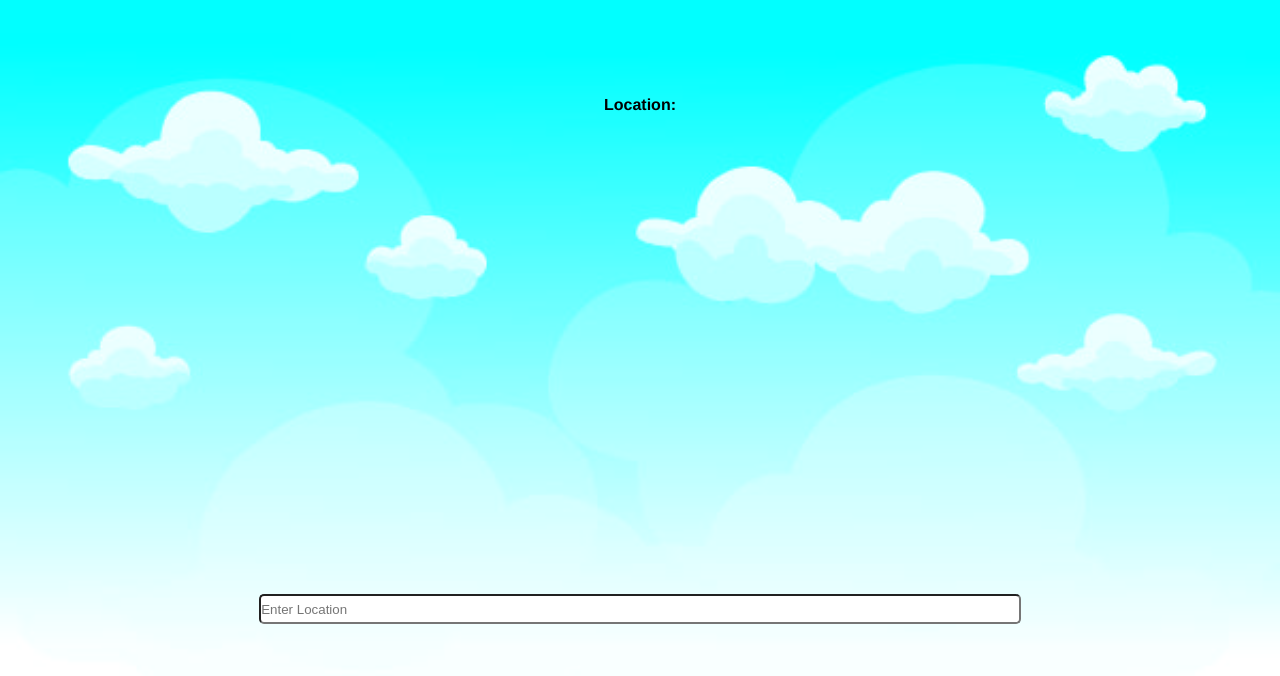
Repository: shaelorch/weather
Page: /
The author's editor kept a copy of each file at every save. The page is drawn from the files as they stood at one save, then again after the next save.
The browser window is 1280 px wide. The pictures show the whole page.
The project was rebuilt for these pictures with package versions that can differ from the ones it lists, and the page was loaded fresh each time. The framework's server and built-in components were replaced by stand-ins that run in the browser. Also part of the build but not shown: next.config.js.

Above is the page before, as saved 2023-01-17 12:28:57.

### pages/index.js
import Head from 'next/head'
import Image from 'next/image'
import { Inter } from '@next/font/google'
import styles from '@/styles/Home.module.css'
import axios from 'axios'
import { useState } from 'react';

const inter = Inter({ subsets: ['latin'] })



export default function Home() {
  const [location, setLocation] = useState('');
  const [data, setData] = useState({});
  const [weather, setWeather] = useState();
  const [errorMessage, setErrorMessage] = useState("");

  var apiKey = "5bb65e5dcdd88d96c09dd61a44557240";
  var lang = "fr";
  var units = "metric";
  const url = `https://api.openweathermap.org/data/2.5/weather?q=${location}&units=${units}&appid=${apiKey}&lang=${lang}`

  const searchLocation = (event) => {
    if(event.key === "Enter") {
      axios.get(url)
      .then((response) => {
        console.clear();
        setData(response.data);
        console.log(response.data);
        setWeather(response.data.weather);
        setErrorMessage("");
      }).catch(err => {
        console.log(err);
        setErrorMessage("Please enter another location");
        setData({});
        setWeather()
      })
      setLocation('')
  }}

  return <main className={styles.main}>


    <div className={styles.text}>
      <p>Location:</p>
      {data.name}
    </div>

    <input
    className={styles.input}
    value={location}
    onChange={event => setLocation(event.target.value)}
    placeholder="Enter Location"
    onKeyDown={searchLocation}
    type="text"

    />

    {
      weather && weather.map((w, index)=> {
        return(
          <div className={styles.text} key={index}>
            <div>{w.description}</div>
            <div>{w.main}</div>
            {data.main.temp} &deg;C
            <p>Feels Like:</p>
            {data.main.feels_like} &deg;C
            {data.wind.speed}
            </div>










        )
      })
    }

  </main>



}

### styles/Home.module.css
.main {
  display: flex;
  flex-direction: column;
  justify-content: space-between;
  align-items: center;
  padding: 6rem;
  min-height: 100vh;
  background-image: url("/clouds.jpg");
  background-repeat: no-repeat;
  background-size: cover;
}

.text {
  font-family: 'Franklin Gothic Medium', 'Arial Narrow', Arial, sans-serif;
  font-weight: bold;
  color:black;
}

.input {
  border-radius:5px;
  background-color: white;
  height:30px;
  width:70%;
}


.description {
  display: inherit;
  justify-content: inherit;
  align-items: inherit;
  font-size: 0.85rem;
  max-width: var(--max-width);
  width: 100%;
  z-index: 2;
  font-family: var(--font-mono);
}

.description a {
  display: flex;
  justify-content: center;
  align-items: center;
  gap: 0.5rem;
}

.description p {
  position: relative;
  margin: 0;
  padding: 1rem;
  background-color: rgba(var(--callout-rgb), 0.5);
  border: 1px solid rgba(var(--callout-border-rgb), 0.3);
  border-radius: var(--border-radius);
}

.code {
  font-weight: 700;
  font-family: var(--font-mono);
}

.grid {
  display: grid;
  grid-template-columns: repeat(4, minmax(25%, auto));
  width: var(--max-width);
  max-width: 100%;
}

.card {
  padding: 1rem 1.2rem;
  border-radius: var(--border-radius);
  background: rgba(var(--card-rgb), 0);
  border: 1px solid rgba(var(--card-border-rgb), 0);
  transition: background 200ms, border 200ms;
}

.card span {
  display: inline-block;
  transition: transform 200ms;
}

.card h2 {
  font-weight: 600;
  margin-bottom: 0.7rem;
}

.card p {
  margin: 0;
  opacity: 0.6;
  font-size: 0.9rem;
  line-height: 1.5;
  max-width: 30ch;
}

.center {
  display: flex;
  justify-content: center;
  align-items: center;
  position: relative;
  padding: 4rem 0;
}

.center::before {
  background: var(--secondary-glow);
  border-radius: 50%;
  width: 480px;
  height: 360px;
  margin-left: -400px;
}

.center::after {
  background: var(--primary-glow);
  width: 240px;
  height: 180px;
  z-index: -1;
}

.center::before,
.center::after {
  content: '';
  left: 50%;
  position: absolute;
  filter: blur(45px);
  transform: translateZ(0);
}

.logo,
.thirteen {
  position: relative;
}

.thirteen {
  display: flex;
  justify-content: center;
  align-items: center;
  width: 75px;
  height: 75px;
  padding: 25px 10px;
  margin-left: 16px;
  transform: translateZ(0);
  border-radius: var(--border-radius);
  overflow: hidden;
  box-shadow: 0px 2px 8px -1px #0000001a;
}

.thirteen::before,
.thirteen::after {
  content: '';
  position: absolute;
  z-index: -1;
}

/* Conic Gradient Animation */
.thirteen::before {
  animation: 6s rotate linear infinite;
  width: 200%;
  height: 200%;
  background: var(--tile-border);
}

/* Inner Square */
.thirteen::after {
  inset: 0;
  padding: 1px;
  border-radius: var(--border-radius);
  background: linear-gradient(
    to bottom right,
    rgba(var(--tile-start-rgb), 1),
    rgba(var(--tile-end-rgb), 1)
  );
  background-clip: content-box;
}

/* Enable hover only on non-touch devices */
@media (hover: hover) and (pointer: fine) {
  .card:hover {
    background: rgba(var(--card-rgb), 0.1);
    border: 1px solid rgba(var(--card-border-rgb), 0.15);
  }

  .card:hover span {
    transform: translateX(4px);
  }
}

@media (prefers-reduced-motion) {
  .thirteen::before {
    animation: none;
  }

  .card:hover span {
    transform: none;
  }
}

/* Mobile */
@media (max-width: 700px) {
  .content {
    padding: 4rem;
  }

  .grid {
    grid-template-columns: 1fr;
    margin-bottom: 120px;
    max-width: 320px;
    text-align: center;
  }

  .card {
    padding: 1rem 2.5rem;
  }

  .card h2 {
    margin-bottom: 0.5rem;
  }

  .center {
    padding: 8rem 0 6rem;
  }

  .center::before {
    transform: none;
    height: 300px;
  }

  .description {
    font-size: 0.8rem;
  }

  .description a {
    padding: 1rem;
  }

  .description p,
  .description div {
    display: flex;
    justify-content: center;
    position: fixed;
    width: 100%;
  }

  .description p {
    align-items: center;
    inset: 0 0 auto;
    padding: 2rem 1rem 1.4rem;
    border-radius: 0;
    border: none;
    border-bottom: 1px solid rgba(var(--callout-border-rgb), 0.25);
    background: linear-gradient(
      to bottom,
      rgba(var(--background-start-rgb), 1),
      rgba(var(--callout-rgb), 0.5)
    );
    background-clip: padding-box;
    backdrop-filter: blur(24px);
  }

  .description div {
    align-items: flex-end;
    pointer-events: none;
    inset: auto 0 0;
    padding: 2rem;
    height: 200px;
    background: linear-gradient(
      to bottom,
      transparent 0%,
      rgb(var(--background-end-rgb)) 40%
    );
    z-index: 1;
  }
}

/* Tablet and Smaller Desktop */
@media (min-width: 701px) and (max-width: 1120px) {
  .grid {
    grid-template-columns: repeat(2, 50%);
  }
}

@media (prefers-color-scheme: dark) {
  .vercelLogo {
    filter: invert(1);
  }

  .logo,
  .thirteen img {
    filter: invert(1) drop-shadow(0 0 0.3rem #ffffff70);
  }
}

@keyframes rotate {
  from {
    transform: rotate(360deg);
  }
  to {
    transform: rotate(0deg);
  }
}

Loaded but not shown: pages/_app.js (common file); pages/_document.js (common file); styles/globals.css (common file)

After the next save:
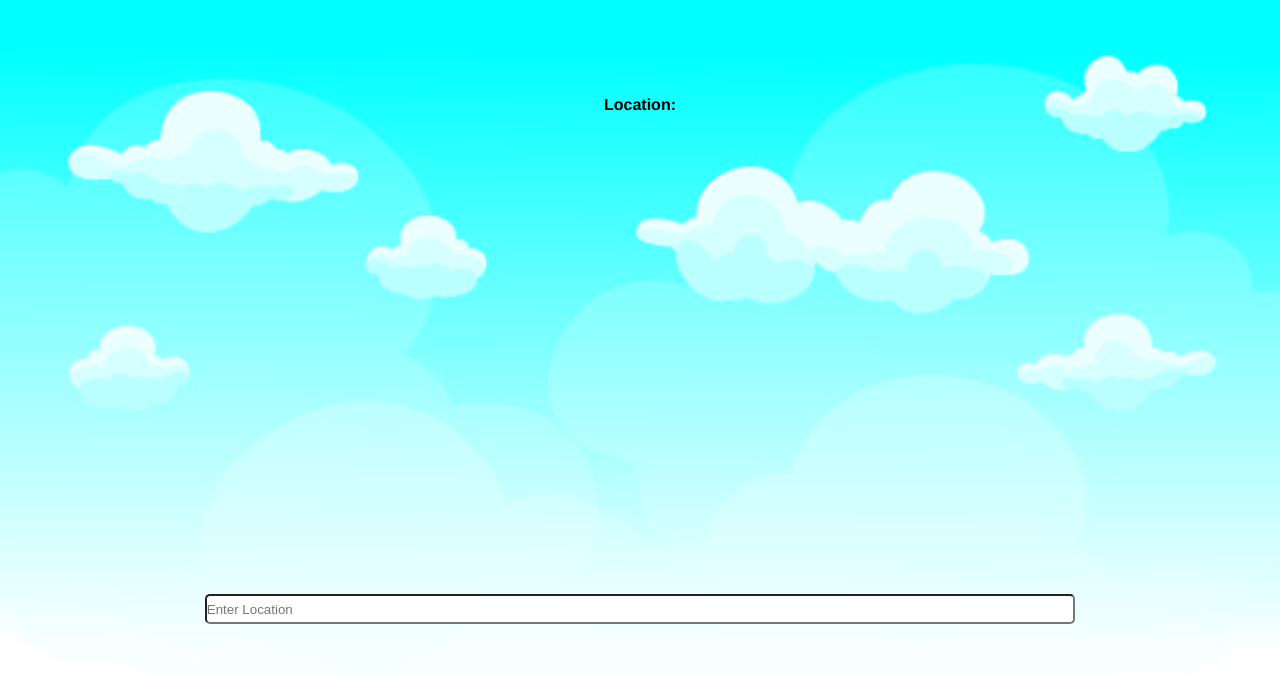
Saved 7 s later.
--- a/styles/Home.module.css
+++ b/styles/Home.module.css
@@ -20,7 +20,7 @@
   border-radius:5px;
   background-color: white;
   height:30px;
-  width:70%;
+  width:80%;
 }
 
 
